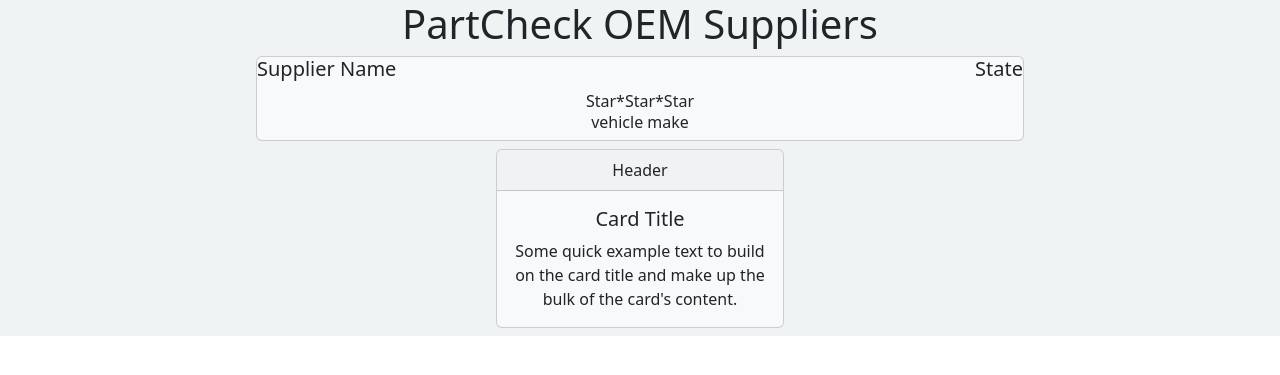
Repository: trungna4699/coding_challenge
Page: /
An editor plug-in stored every save of this project. The page is shown before and after the next save, followed by the edit.
The browser window is 1280 px wide. The pictures show the whole page.
The project was rebuilt for these pictures with package versions that can differ from the ones it lists, and the page was loaded fresh each time.

Above is the page before, as saved 2022-09-01 16:27:51.

After the next save:
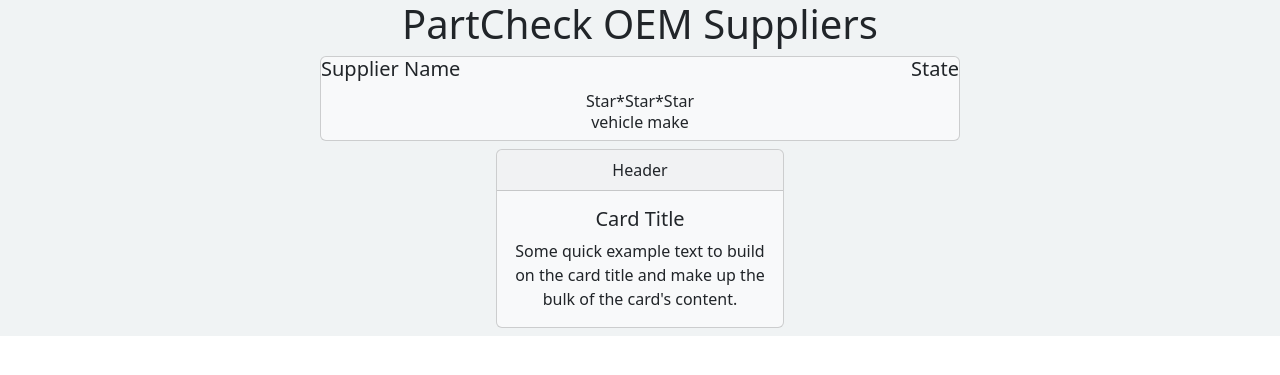
Saved 7 s later.
--- a/src/App.js
+++ b/src/App.js
@@ -15,7 +15,7 @@ function App() {
           bg={"light"}
           // key={variant}
           text={"dark"}
-          style={{ width: '60%' }}
+          style={{ width: '50%' }}
           className="mb-2"
         >
           <div classname="supplierItems">
